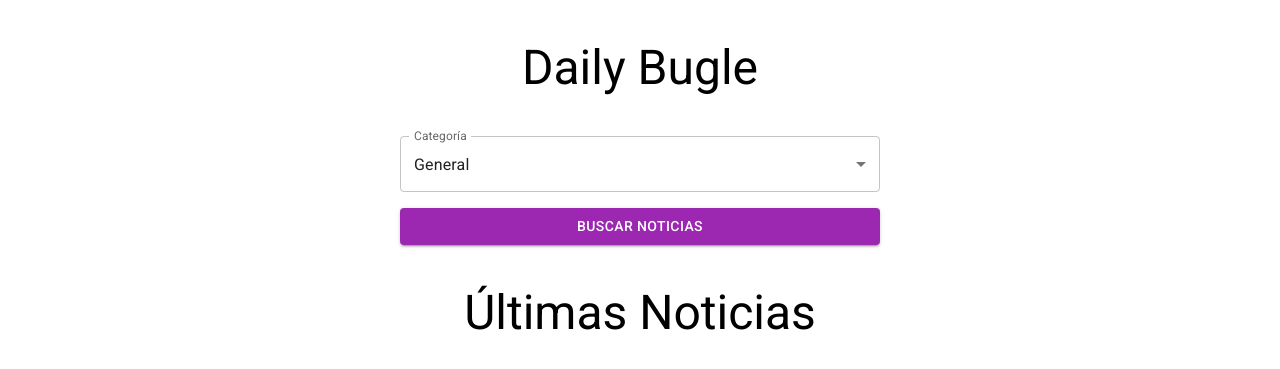
Repository: CarlosCamposRodriguez99/noticiasApp
Page: /
The author's editor kept a copy of each file at every save. The page is drawn from the files as they stood at one save, then again after the next save.
The browser window is 1280 px wide. The pictures show the whole page.
The page's requests for data from a server got no answer. Some web fonts or font styles are not loaded; a fallback is used. The project was rebuilt for these pictures with package versions that can differ from the ones it lists, and the page was loaded fresh each time. No one was signed in, and anything a server would have sent is missing. Also part of the build but not shown: vite.config.js, src/components/Noticia.jsx.

Above is the page before, as saved 2022-06-07 22:11:26.

### index.html
<!DOCTYPE html>
<html lang="en">
  <head>
    <meta charset="UTF-8" />
    <link rel="icon" type="image/svg+xml" href="/src/favicon.svg" />
    <meta name="viewport" content="width=device-width, initial-scale=1.0" />
    <title>Buscador de Noticias</title>
    <link rel="preconnect" href="https://fonts.googleapis.com">
    <link rel="preconnect" href="https://fonts.gstatic.com" crossorigin>
    <link href="https://fonts.googleapis.com/css2?family=Joan&family=Roboto:wght@300;400;500;700&display=swap" rel="stylesheet">
  </head>
  <body>
    <div id="root"></div>
    <script type="module" src="/src/main.jsx"></script>
  </body>
</html>

### src/App.jsx
import { Container, Grid, Typography } from '@mui/material';
import Formulario from './components/Formulario';
import ListadoNoticias from './components/ListadoNoticias';
import { NoticiasProvider } from './context/NoticiasProvider';

function App() {

  return (
    <NoticiasProvider>
      <Container>
          <header>
            <Typography
              align="center"
              marginY={5}
              component='h1'
              variant='h3'
            >
              Daily Bugle
            </Typography>
          </header>

        <Grid
          container
          direction='row'
          justifyContent='center'
          alignItems='center'
        >
          <Grid item md={6} xs={12} lg={5}>
            <Formulario />

          </Grid>
        </Grid>

        <ListadoNoticias/>

      </Container>
    </NoticiasProvider>
  )
}

export default App

### src/components/Formulario.jsx
import { FormControl, InputLabel, Select, MenuItem, Button, Box} from '@mui/material';
import useNoticias from '../context/useNoticias';

const CATEGORIAS = [
  { value: 'general', label: 'General'},
  { value: 'business', label: 'Negocios'},
  { value: 'entertainment', label: 'Entretenimiento'},
  { value: 'health', label: 'Salud'},
  { value: 'science', label: 'Ciencia'},
  { value: 'sports', label: 'Deportes'},
  { value: 'technology', label: 'Tecnología'},
]

const Formulario = () => {

  const {categoria, handleChangeCategoria} = useNoticias();

  return (
    <form>
      <FormControl fullWidth>
        <InputLabel>Categoría</InputLabel>
        <Select
          label="categoria"
          onChange={handleChangeCategoria}
          value={categoria}
        >
          {CATEGORIAS.map(categoria => (
            <MenuItem
              key={categoria.value}
              value={categoria.value}
            >
              {categoria.label}
            </MenuItem>
          ))}

        </Select>

        <Box
          sx={{marginTop: 2}}
        >
          <Button
            fullWidth
            variant='contained'
            color='secondary'
          >
            Buscar Noticias
          </Button>
        </Box>

      </FormControl>
    </form>
  )
}

export default Formulario

### src/components/ListadoNoticias.jsx
import Grid from '@mui/material/Grid';
import Typography from '@mui/material/Typography';
import useNoticias from '../context/useNoticias';
import Noticia from './Noticia';

const ListadoNoticias = () => {

  const { noticias } = useNoticias();

  return (
    <>
        <Typography
          textAlign='center'
          marginY={5}
          variant='h3'
          component='h2'
        >
          Últimas Noticias
        </Typography>

        <Grid
          container
          spacing={2}
        >
          {noticias.map(noticia => (
            <Noticia
              noticia={noticia}
              key={noticia.url}
            />
          ))}
        </Grid>
    </>
  )
}

export default ListadoNoticias;

### src/context/NoticiasProvider.jsx
import { useState, useEffect, createContext }from 'react';
import axios from 'axios';


const NoticiasContext = createContext()

const NoticiasProvider = ({children}) => {

  const [categoria, setCategoria] = useState('general');
  const [noticias, setNoticias] = useState([]);

  const handleChangeCategoria = e => {
    setCategoria(e.target.value)
  }

  useEffect(() => {
    const consultarAPI = async () => {
      const url = `https://newsapi.org/v2/top-headlines?country=mx&category=${categoria}&apiKey=${import.meta.env.VITE_API_KEY}`;

      const { data } = await axios(url);

      setNoticias(data.articles);

    }
    consultarAPI();

  }, [categoria])


  return (
    <NoticiasContext.Provider
      value={{
        categoria,
        handleChangeCategoria,
        noticias

      }}
    >
        {children}

    </NoticiasContext.Provider>
  )
}

export {
  NoticiasProvider
}

export default NoticiasContext;

### src/context/useNoticias.jsx
import { useContext }from 'react';
import NoticiasContext from '../context/NoticiasProvider';

const useNoticias = () => {
  return useContext(NoticiasContext)
}

export default useNoticias;

Loaded but not shown: src/main.jsx (common file)

After the next save:
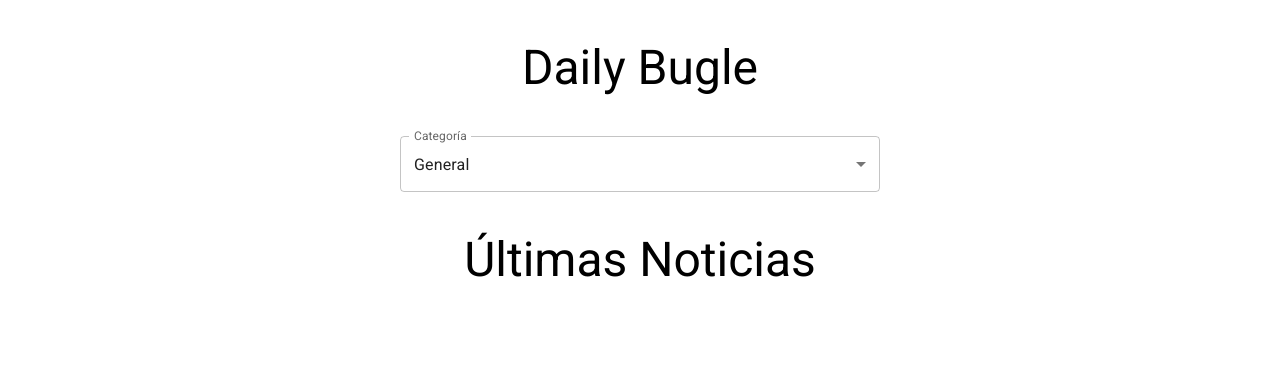
Saved 65 s later.
--- a/src/components/Formulario.jsx
+++ b/src/components/Formulario.jsx
@@ -35,18 +35,6 @@
 
         </Select>
 
-        <Box
-          sx={{marginTop: 2}}
-        >
-          <Button
-            fullWidth
-            variant='contained'
-            color='secondary'
-          >
-            Buscar Noticias
-          </Button>
-        </Box>
-
       </FormControl>
     </form>
   )
